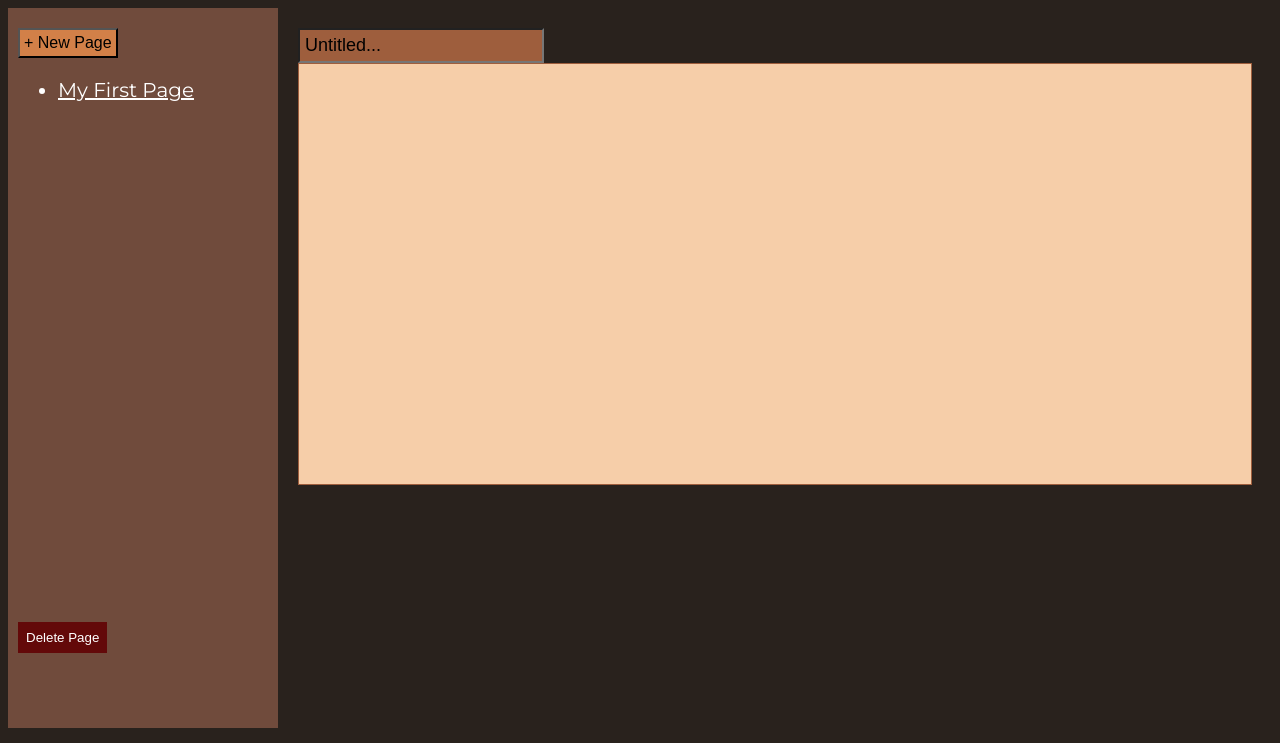
Repository: Dharshinimk-521/notes-app
Page: index.html
An editor plug-in stored every save of this project. The page is shown before and after the next save, followed by the edit.
The browser window is 1280 px wide. The pictures show the whole page.

Above is the page before, as saved 2026-04-18 22:16:02.

### index.html
<!DOCTYPE html>
<html lang="en">
    <head>
        <meta charset="UTF-8">
        <meta name="viewport" content="width=device-width, initial-scale=1.0">
        <title>Notes App</title>
        <link rel="stylesheet" href="style.css">
        <link rel="preconnect" href="https://fonts.googleapis.com">
        <link rel="preconnect" href="https://fonts.gstatic.com" crossorigin>
        <link href="https://fonts.googleapis.com/css2?family=Montserrat:ital,wght@0,100..900;1,100..900&display=swap" rel="stylesheet">
        <script src="app.js" defer></script>
    </head>
    <body>
    <div class="app">

        <aside class="sidebar">
        <button id="newPageBtn">+ New Page</button>
        <ul id="pageList"></ul>
        <button id="deletePageBtn"> Delete Page</button>
        </aside>

        <main class="editor">
        <input id="pageTitle" placeholder="Untitled..." />
        <div id="editorArea" contenteditable="true"></div>
        </main>

    </div>


    </body>
</html>

### style.css
body{
    font-family:'Montserrat',sans-serif;
    background-color: #29221D;
}
.app {
  margin: 0;
  display: flex;
  height: 100vh;

}

.sidebar {
  width: 250px;
  background: #704B3C;
  padding: 10px;
}

.editor {
  flex: 1;
  padding: 20px;
}

#editorArea {
  min-height: 400px;
  background-color: #F6CEA9;
  border: 1px solid #9E5E3D;
  padding: 10px;
  font-size: 16px;
}
#newPageBtn{
 background-color: #D28048;
 padding: 4px;
 margin-top: 10px;
 cursor:pointer;
 font-size: 16px;
}
#pageTitle{
    padding:5px;
    background-color: #9E5E3D;
    color: black;
    font-size: 18px;
}
::placeholder{
    color:black;
    opacity: 1
}
#deletePageBtn {
    margin-top: 500px;
  margin-bottom: 90px;
  background: #630909;
  color: white;
  border: none;
  padding: 8px;
  cursor: pointer;
}
#pageList{
    text-decoration: underline;
    color:white;
    cursor: pointer;
    font-size: 20px;
}

### app.js
// Load pages from localStorage OR use default
let pages = JSON.parse(localStorage.getItem("pages")) || [
  {
    id: "123",
    title: "My First Page",
    content: "<p>Hello world</p>"
  }
];

let currentPageId = null;

// Save all pages
function savePages() {
  localStorage.setItem("pages", JSON.stringify(pages));
}

// Create new page
function createPage() {
  const newPage = {
    id: Date.now().toString(),
    title: "Untitled",
    content: ""
  };

  pages.push(newPage);
  savePages();
  renderPages();
  openPage(newPage.id);
}

// Render sidebar
function renderPages() {
  const pageList = document.getElementById("pageList");
  pageList.innerHTML = "";

  pages.forEach((page) => {
    const li = document.createElement("li");
    li.textContent = page.title;

    if (page.id === currentPageId) {
      li.style.background = "#ddd";

    }

    li.onclick = () => openPage(page.id);

    pageList.appendChild(li);
  });
}

// Open page
function openPage(id) {
    console.log("Opening page:", id);
  const page = pages.find(p => p.id === id);
  currentPageId = id;

  if (!page) return;

  document.getElementById("pageTitle").value = page.title;
  document.getElementById("editorArea").innerHTML = page.content;
}

// Auto save current page
function saveCurrentPage() {
  const page = pages.find(p => p.id === currentPageId);
  if (!page) return;

  page.title = document.getElementById("pageTitle").value;
  page.content = document.getElementById("editorArea").innerHTML;

  savePages();
}
//del func
function deleteCurrentPage() {
  if (!currentPageId) return;

  const confirmDelete = confirm("Delete this page?");
  if (!confirmDelete) return;

  pages = pages.filter(p => p.id !== currentPageId);

  savePages();
  renderPages();

  if (pages.length > 0) {
    openPage(pages[0].id);
  } else {
    currentPageId = null;
    document.getElementById("pageTitle").value = "";
    document.getElementById("editorArea").innerHTML = "";
  }
}
// Event listeners
document.getElementById("newPageBtn").onclick = createPage;
document.getElementById("editorArea").addEventListener("input", saveCurrentPage);
document.getElementById("pageTitle").addEventListener("input", saveCurrentPage);
document.getElementById("deletePageBtn").onclick = deleteCurrentPage;
// Initial render
renderPages();

After the next save:
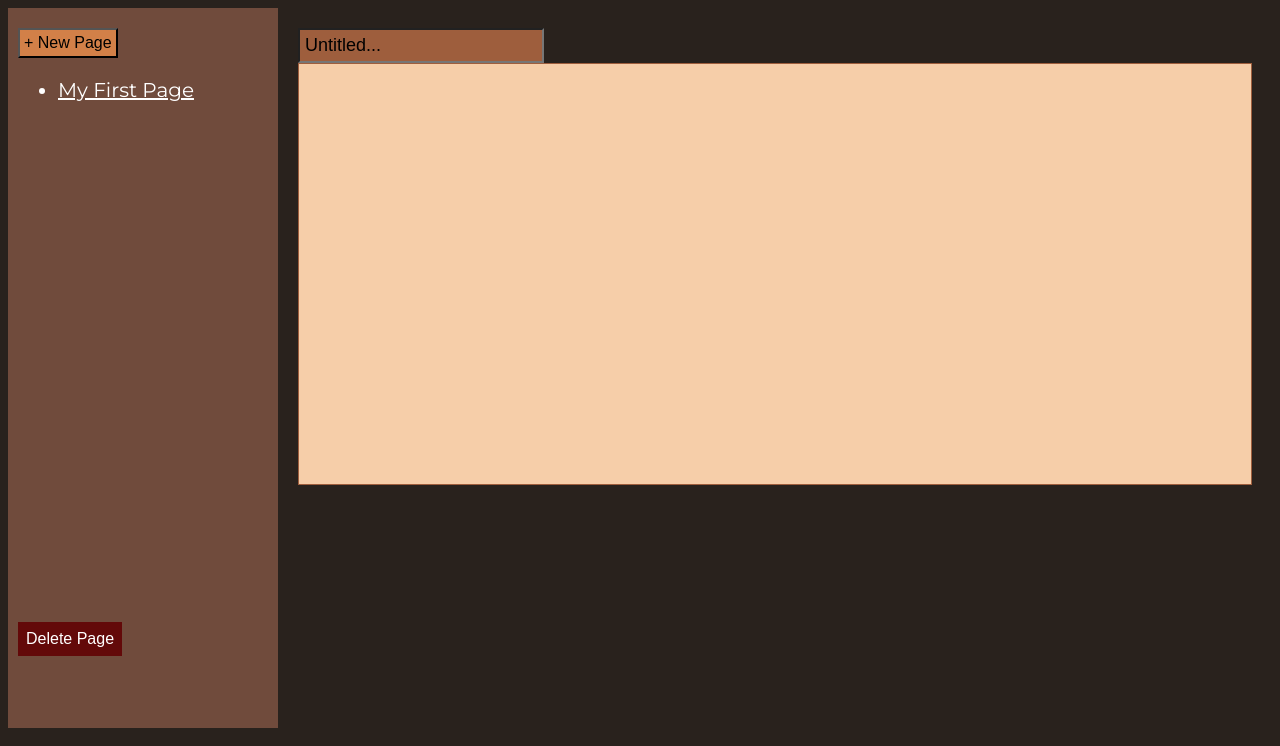
Saved 10 s later.
--- a/style.css
+++ b/style.css
@@ -52,6 +52,7 @@ body{
   border: none;
   padding: 8px;
   cursor: pointer;
+  font-size: 16px;
 }
 #pageList{
     text-decoration: underline;
